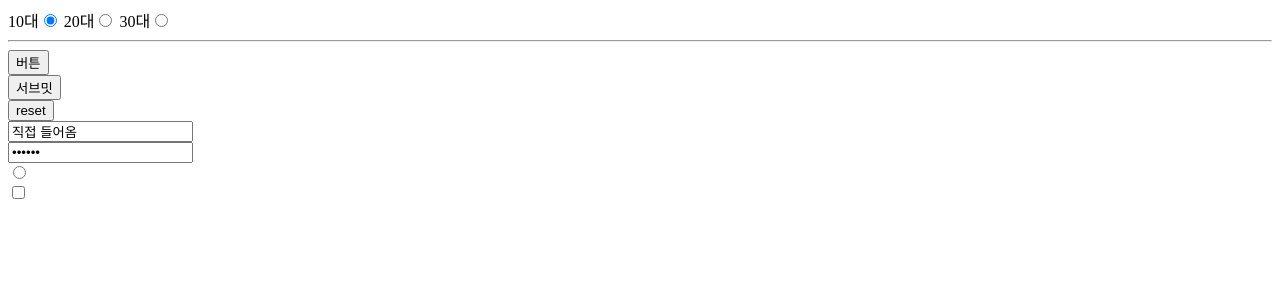
Repository: basstpgns/20201029html
Page: jsp/html/test02.html
These files come from the project's save history. The page is drawn as it stood at one moment and after the next save; the edit follows.
The browser window is 1280 px wide. The pictures show the whole page.

Above is the page before, as saved 2020-10-30 00:51:53.

After the next save:
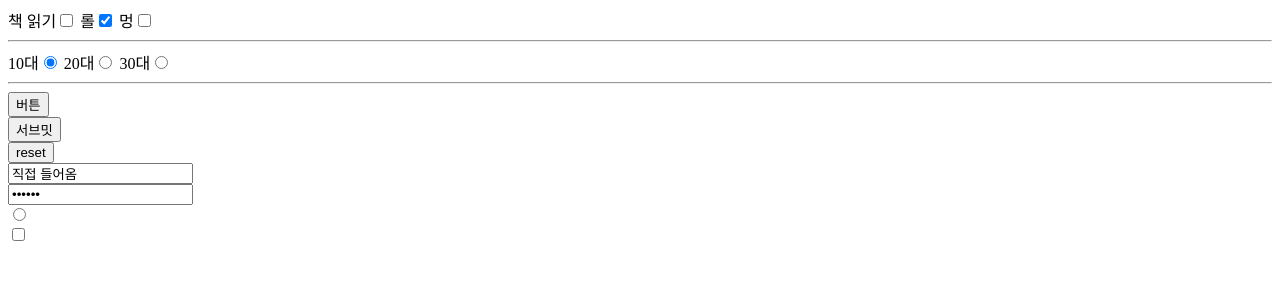
Saved 2 min 0 s later.
--- a/jsp/html/test02.html
+++ b/jsp/html/test02.html
@@ -5,6 +5,10 @@
 <title>Insert title here</title>
 </head>
 <body>
+책 읽기<input type="checkbox">
+롤<input type="checkbox" checked>
+멍<input type="checkbox">
+<hr>
 10대<input type="radio" name="age" checked>
 20대<input type="radio" name="age">
 30대<input type="radio" name="age">
